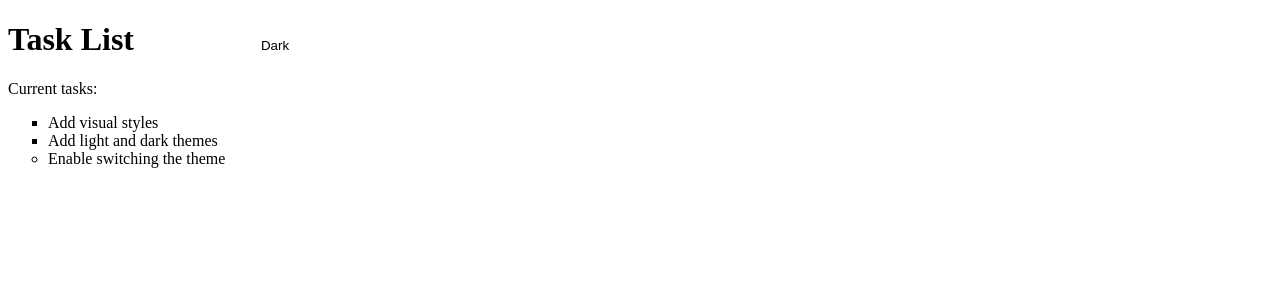
Repository: MaggieMengXingchen/Class-4
Page: index.html
An editor plug-in stored every save of this project. The page is shown before and after a run of saves, followed by the edit.
The browser window is 1280 px wide. The pictures show the whole page.

Above is the page before, as saved 2024-02-14 14:21:06.

After the next 3 saves:
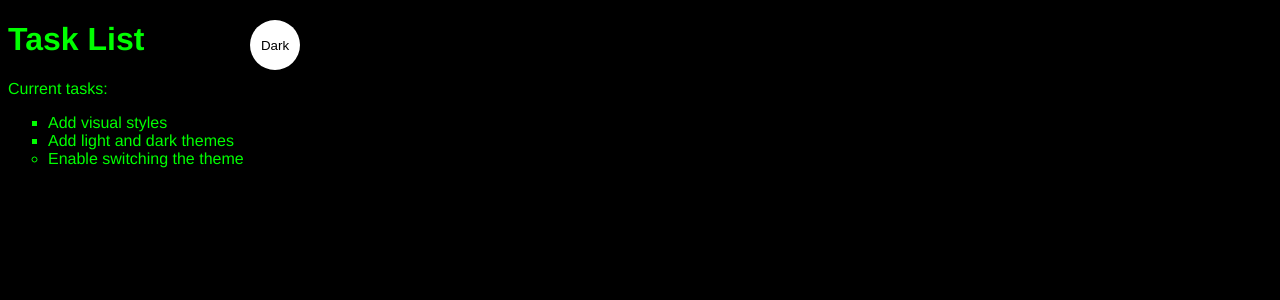
The 3 saves are shown as one change because they came seconds apart.
The last was saved 11 s later.
--- a/main.css
+++ b/main.css
@@ -2,6 +2,11 @@
     --green: #00FF00;
     --white: #FFFFFF;
     --black: #000000;
+}
+body {
+    background-color: var(--bg);
+    color: var(--fontColor);
+    font-family: Helvetica, sans-serif;
 }
 .btn {
 position: absolute;
